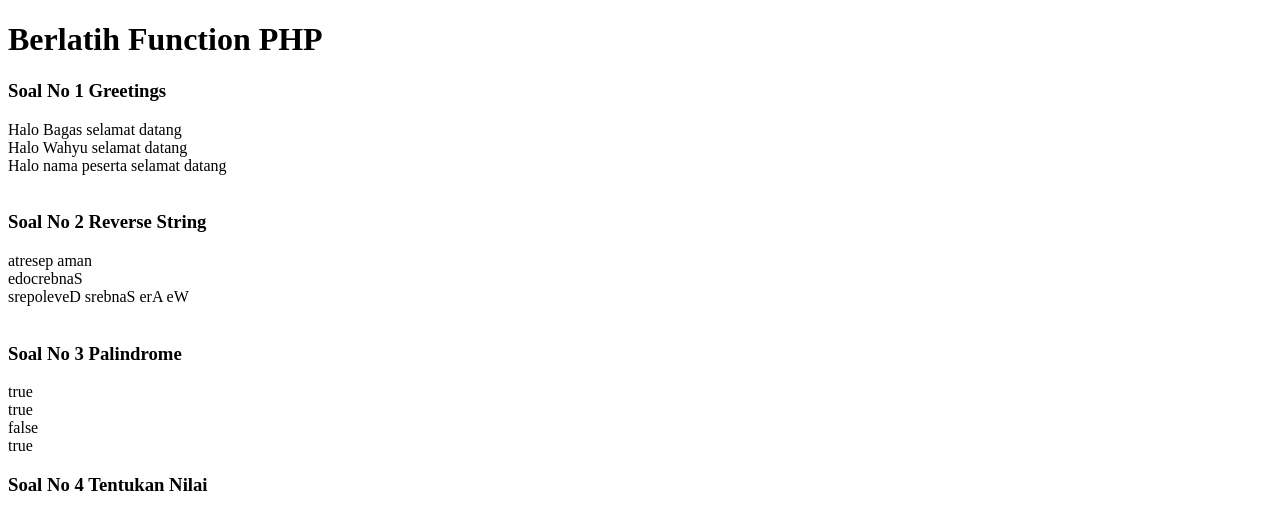
Repository: mfarhannr/IM-Sanbercode-Laravel-Web-Dev
Page: http://localhost/function-conditional.php
The author's editor kept a copy of each file at every save. The page is drawn from the files as they stood at one save, then again after the next save.
The browser window is 1280 px wide. The pictures show the whole page.
The page is run by PHP 8.4 with error messages shown; the project is at /var/www/html/.

Above is the page before, as saved 2023-10-06 13:24:08.

After the next save:
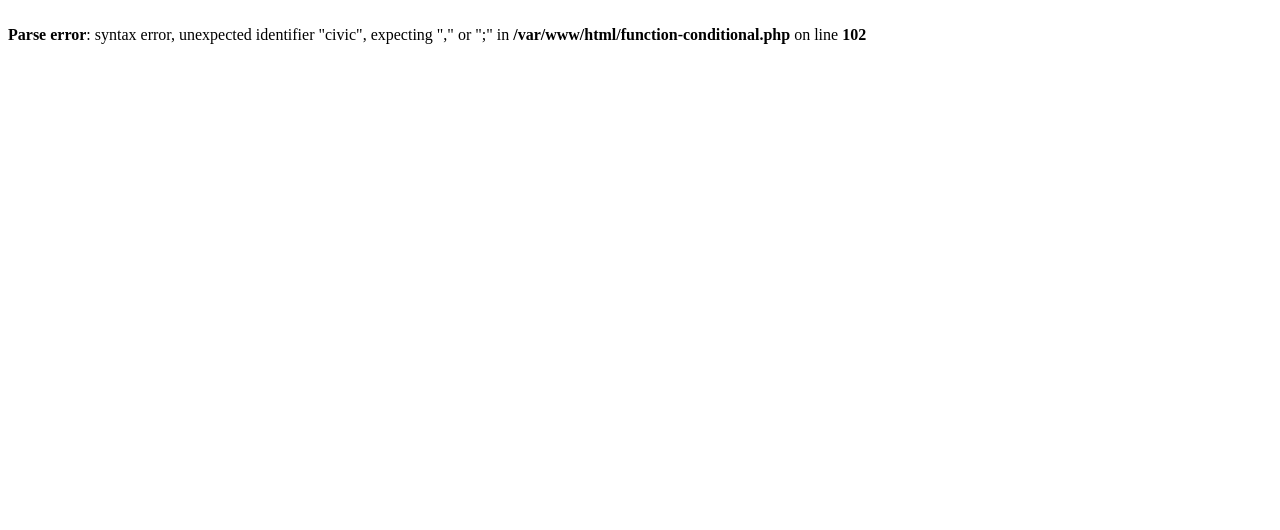
Saved 32 s later.
--- a/Soal-8-PHP/function-conditional.php
+++ b/Soal-8-PHP/function-conditional.php
@@ -99,7 +99,7 @@ function palindrome($str) {
 }
 
 // Hapus komentar di bawah ini untuk jalankan code
-echo palindrome("civic") . "<br>"; // Output: true
+echo "palindrome("civic") . "<br>"; // Output: true
 echo palindrome("nababan"). "<br>"; // Output: true
 echo palindrome("jambaban"). "<br>"; // Output: false
 echo palindrome("racecar"). "<br>"; // Output: true
